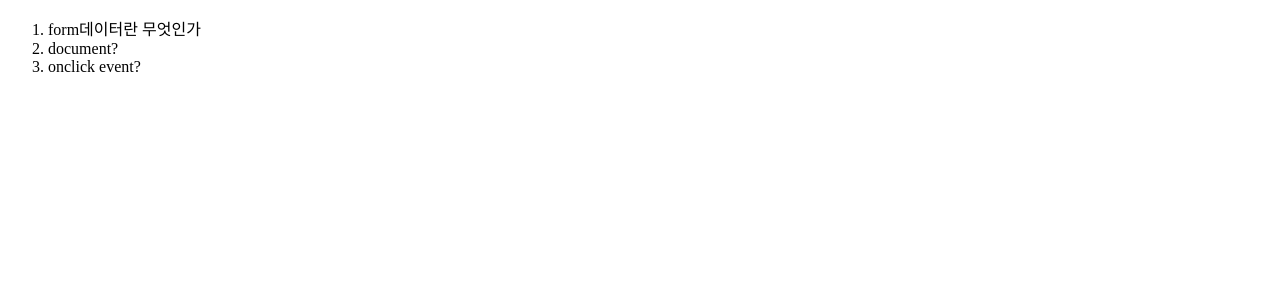
Repository: PareutPareut/frontend
Page: markDowns/study1129.html
These files come from the project's save history. The page is drawn as it stood at one moment and after the next save; the edit follows.
The browser window is 1280 px wide. The pictures show the whole page.

Above is the page before, as saved 2023-11-29 14:37:46.

After the next save:
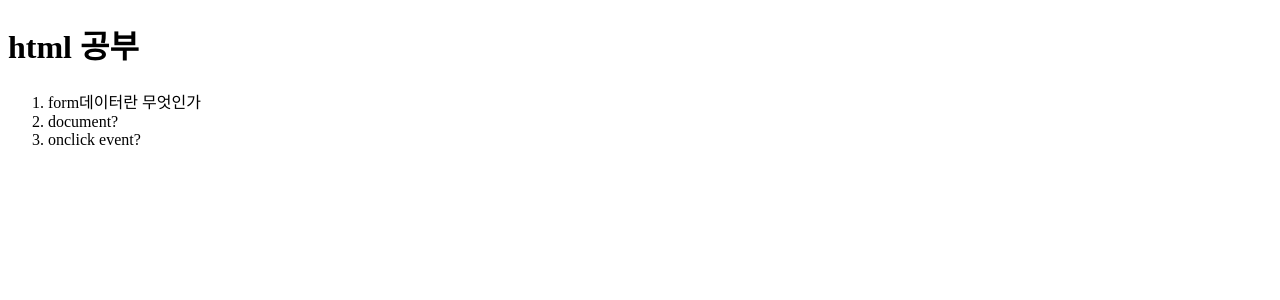
Saved 49 s later.
--- a/markDowns/study1129.html
+++ b/markDowns/study1129.html
@@ -4,6 +4,9 @@
         <meta charset="utf-8">
     </head>
     <body>
+        <header>
+            <h1>html 공부</h1>
+        </header>
         <ol>
             <li>form데이터란 무엇인가</li>
             <li>document?</li>
